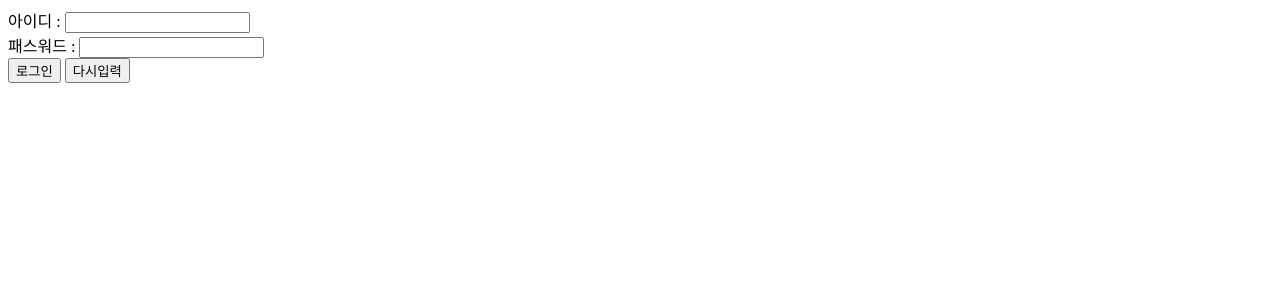
Repository: onerain5120/db_conn
Page: eclipse-workspace/pro06/src/main/webapp/login.html
An editor plug-in stored every save of this project. The page is shown before and after the next save, followed by the edit.
The browser window is 1280 px wide. The pictures show the whole page.

Above is the page before, as saved 2023-09-27 01:48:59.

### eclipse-workspace/pro06/src/main/webapp/login.html
<!DOCTYPE html>
<html>

<head>
	<meta charset="UTF-8">
	<title>Insert title here</title>
</head>

<body>

	<form method="post" action="login">
		아이디 : <input type="text" name="user_id"><br>
		패스워드 : <input type="password" name="user_pw"><br>

		<input type="submit" value="로그인">
		<input type="reset" value="다시입력">

	</form>




</body>

</html>

After the next save:
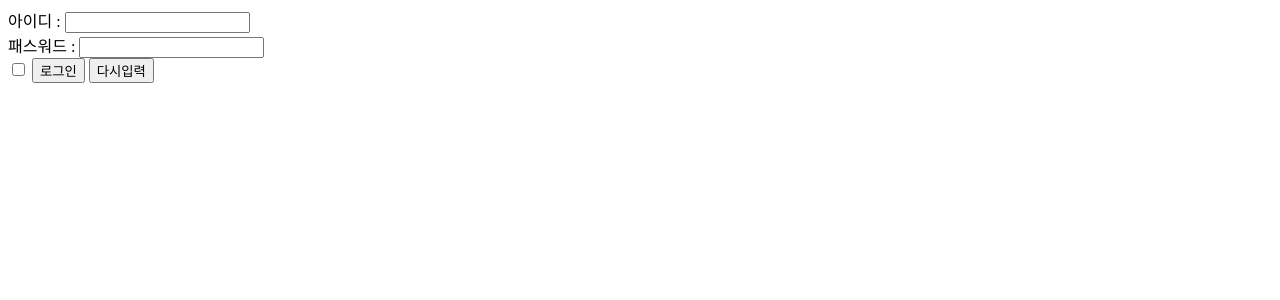
Saved 4 min 56 s later.
--- a/eclipse-workspace/pro06/src/main/webapp/login.html
+++ b/eclipse-workspace/pro06/src/main/webapp/login.html
@@ -12,6 +12,9 @@
 		아이디 : <input type="text" name="user_id"><br>
 		패스워드 : <input type="password" name="user_pw"><br>
 
+		<input type="checkbox">
+
+
 		<input type="submit" value="로그인">
 		<input type="reset" value="다시입력">
 
